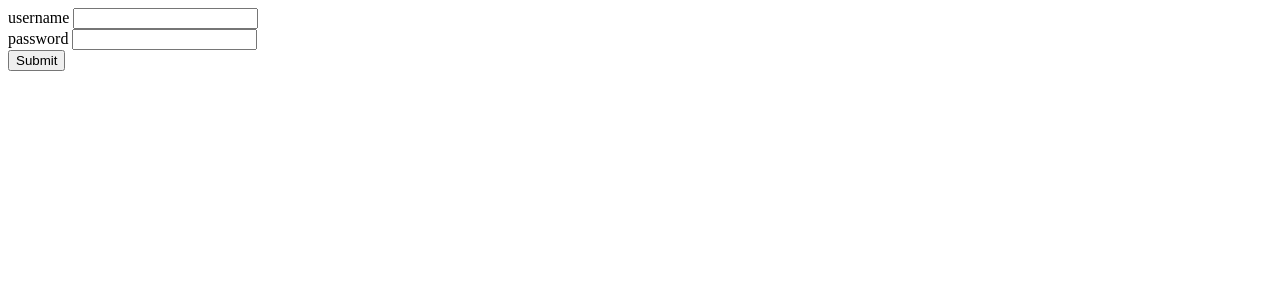
Repository: sastha97/IamBack
Page: http://localhost/MyApp/check
An editor plug-in stored every save of this project. The page is shown before and after the next save, followed by the edit.
The browser window is 1280 px wide. The pictures show the whole page.
The page is served by Tomcat 9. Other server files are loaded and not shown. Queries for data that is not in the repository find no rows.

Above is the page before, as saved 2018-08-16 11:01:33.

### MyApp/WebContent/login.jsp
<%@ page language="java" contentType="text/html; charset=ISO-8859-1"
    pageEncoding="ISO-8859-1"%>
<!DOCTYPE html>
<html>
<head>
<meta charset="ISO-8859-1">
<title>Insert title here</title>
</head>
<body>


<form action="check">

username <input type = "text" name = "username" ><br>
password <input type = "text" name = "password" ><br>
<button type = "submit"> Submit </button>

</form>

</body>
</html>

### MyApp/src/com/servlets/LoginServ.java
package com.servlets;

import java.io.IOException;
import java.io.PrintWriter;

import javax.servlet.RequestDispatcher;
import javax.servlet.ServletException;
import javax.servlet.annotation.WebServlet;
import javax.servlet.http.HttpServlet;
import javax.servlet.http.HttpServletRequest;
import javax.servlet.http.HttpServletResponse;

import com.login.LoginDAO;

/**
 * Servlet implementation class LoginServ
 */
@WebServlet("/check")
public class LoginServ extends HttpServlet {
	private static final long serialVersionUID = 1L;

    /**
     * @see HttpServlet#HttpServlet()
     */
    public LoginServ() {
        super();
        // TODO Auto-generated constructor stub
    }

	/**
	 * @see HttpServlet#doGet(HttpServletRequest request, HttpServletResponse response)
	 */
	protected void doGet(HttpServletRequest request, HttpServletResponse response) throws ServletException, IOException {
		// TODO Auto-generated method stub


		String name = request.getParameter("username");
		String pass = request.getParameter("password");

		response.setContentType("text/html");

		PrintWriter writer = response.getWriter();

		LoginDAO l = new LoginDAO();

		if(l.checkLogin(name, pass))
			{

			RequestDispatcher dispatcher = request.getRequestDispatcher("success.jsp");
			dispatcher.forward(request, response);
			}
		else {
			request.setAttribute("nessage", "Credentials not matching");
			RequestDispatcher dispatcher = request.getRequestDispatcher("login.jsp");
			dispatcher.forward(request, response);
		}
		}

}

### MyApp/src/com/login/LoginDAO.java
package com.login;

import java.sql.Connection;
import java.sql.PreparedStatement;
import java.sql.ResultSet;
import java.sql.SQLException;

import com.connections.MyConnection;

public class LoginDAO {
	public boolean checkLogin(String username, String password) {
		boolean success = false;

		Connection con = MyConnection.getMyConnection();

		try {
			PreparedStatement ps = con.prepareStatement("select password from user2 where username =?");

			ps.setString(1, username);

			ResultSet r = ps.executeQuery();

			while(r.next()) {
				if(r.getString("password").equals(password)) {
					success = true;
				}
				else
					success = false;
			}
		} catch (SQLException e) {
			// TODO Auto-generated catch block
			e.printStackTrace();
		}

		return success;
	}

}

### MyApp/src/com/connections/MyConnection.java
package com.connections;

import java.sql.Connection;
import java.sql.DriverManager;
import java.sql.SQLException;
import java.sql.Statement;

public class MyConnection {

	private static Connection con;

	public static Connection getMyConnection() {
		try {
			Class.forName("com.microsoft.sqlserver.jdbc.SQLServerDriver");
			con = DriverManager.getConnection("jdbc:sqlserver://localhost:1433;databaseName = CITI", "sa", "sa123");
			System.out.println("Connection successful");


		} catch (ClassNotFoundException e) {
			// TODO Auto-generated catch block
			e.printStackTrace();
		} catch (SQLException e) {
			// TODO Auto-generated catch block
			e.printStackTrace();
		}

		return con;


	}
	public static void closeMyConnection() {
		try {
			con.close();
		} catch (SQLException e) {
			// TODO Auto-generated catch block
			e.printStackTrace();
		}
	}

}

After the next save:
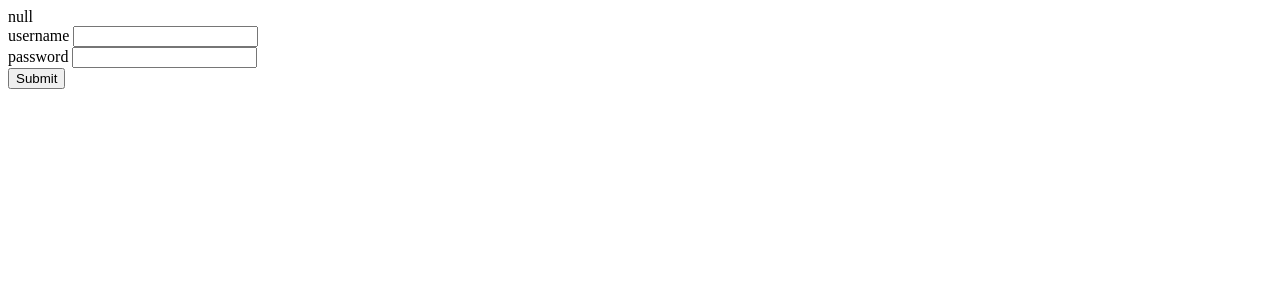
Saved 3 min 16 s later.
--- a/MyApp/WebContent/login.jsp
+++ b/MyApp/WebContent/login.jsp
@@ -7,7 +7,11 @@
 <title>Insert title here</title>
 </head>
 <body>
+<%
+ String mess = (String)request.getAttribute("message");
+%>
 
+<%= mess  %>
 
 <form action="check">
 
